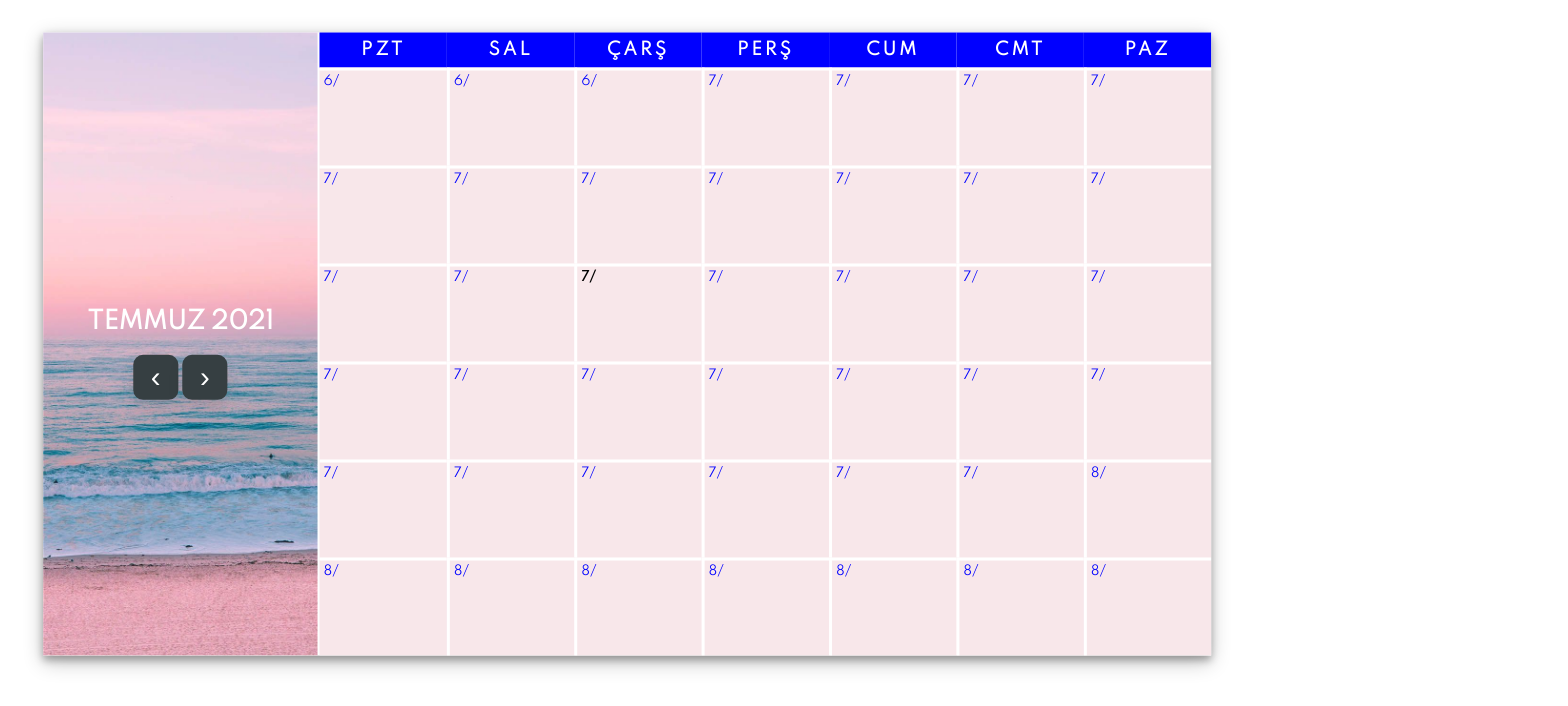
Repository: ahmetbugraozcan/javascript-calendar
Page: tablo.html
These files come from the project's save history. The page is drawn as it stood at one moment and after the next save; the edit follows.
The browser window is 1280 px wide. The page is 1280 px wide, then 1600 px, then 1280 px, so the pictures cover 1600 px, including what lies to the right of the window. The pictures show the whole page, at 98% of full size.

Above is the page before, as saved 2021-07-14 13:30:37.

After the next save:
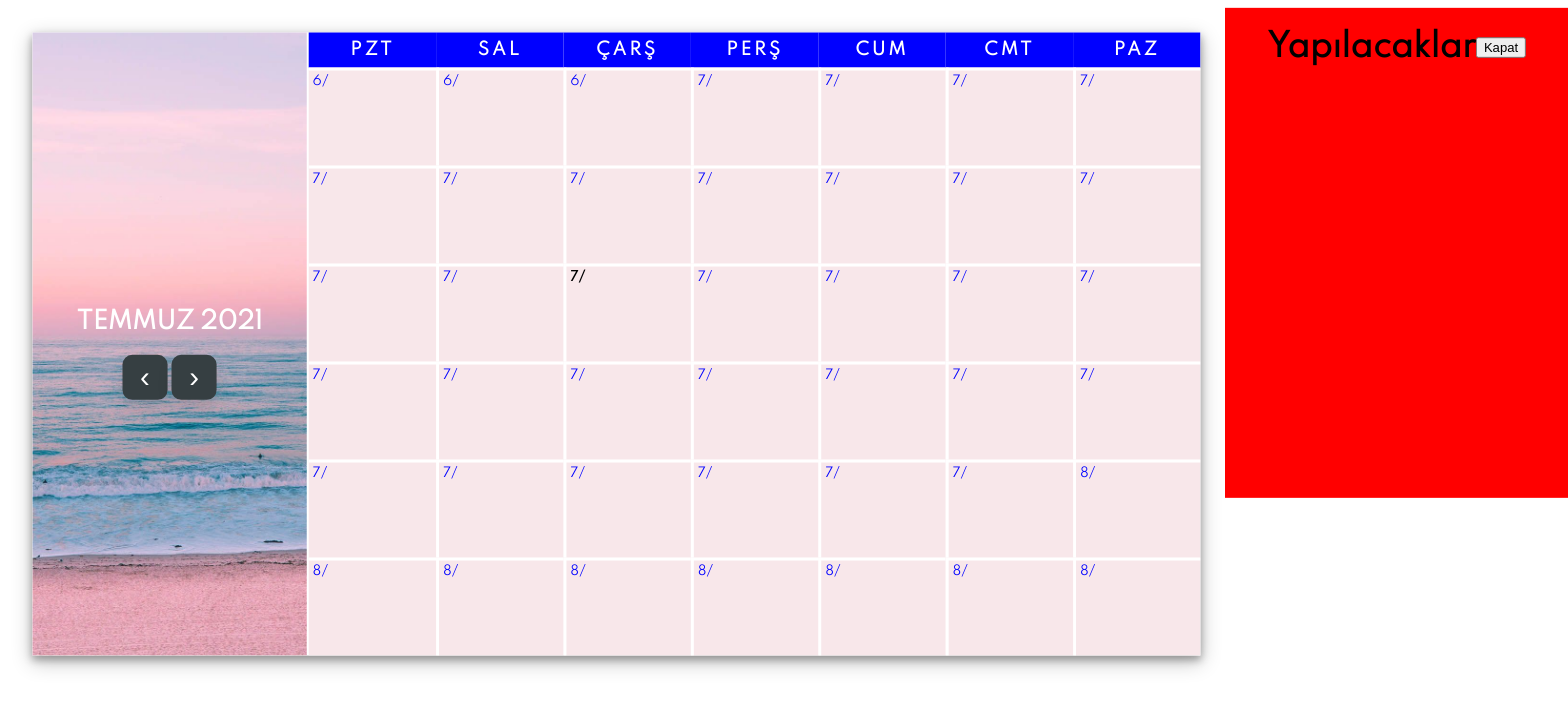
Saved 13 s later.
--- a/tablo.html
+++ b/tablo.html
@@ -241,9 +241,10 @@
 
     .not-defteri {
 
-        display: none;
+
         background-color: red;
         width: 350px;
+        height: 500px;
     }
 </style>
 

After the save that followed:
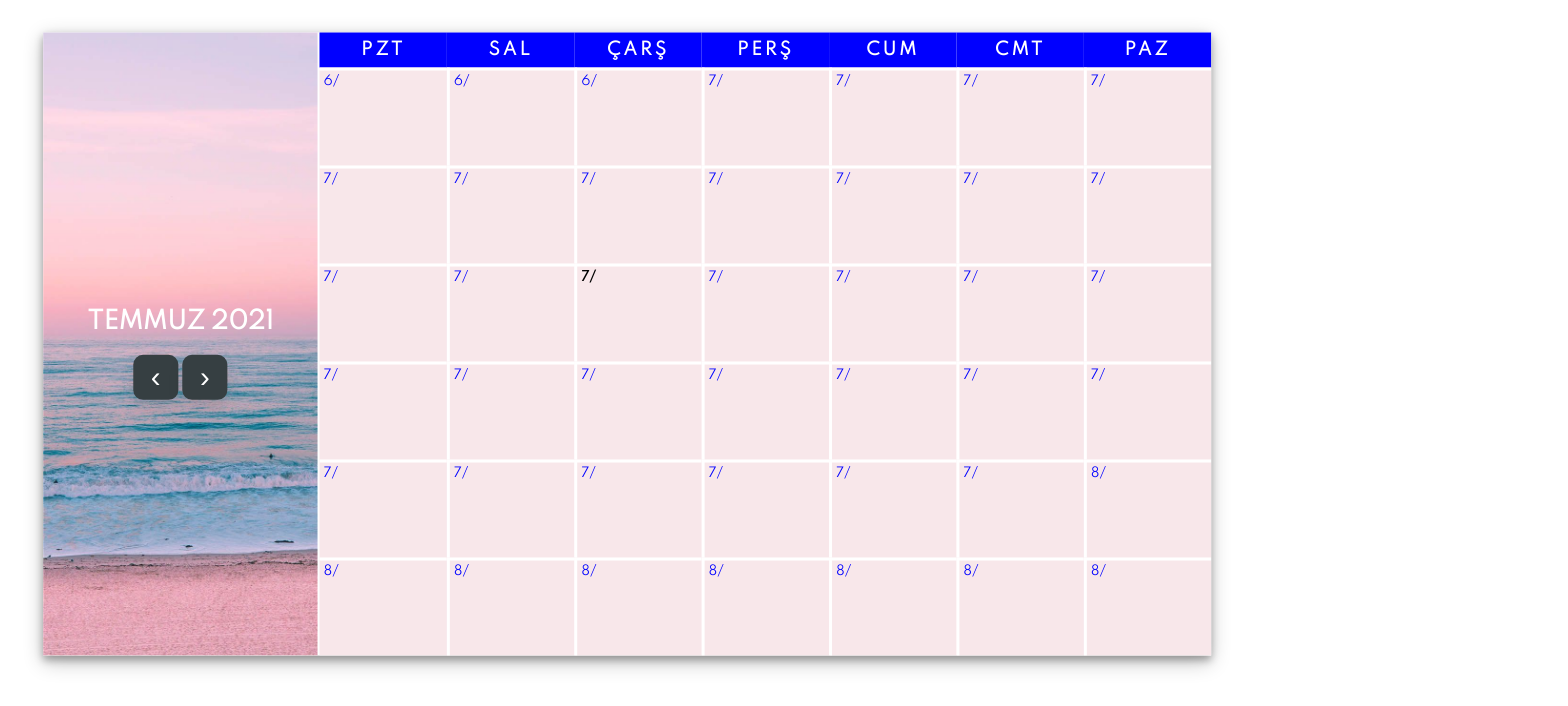
Saved 20 s later.
--- a/tablo.html
+++ b/tablo.html
@@ -251,7 +251,10 @@
 <body>
     <div id="myModal" class="modal">
         <span class="close">&times;</span>
-        <div class="not-defteri"></div>
+        <div class="not-defteri">
+            <div id="not-defteri-1"></div>
+            <div id="not-defteri-2"></div>
+        </div>
 
       </div>
 
@@ -357,15 +360,7 @@
                 <div style="border-bottom: none;" id="pazar5" class="cell-last">1</div>
             </div>
         </div>
-        <div id="not-defteri" class="not-defteri">
-            <div class="not-defteri-header">
-                <h1>Yapılacaklar</h1>
-                <button onclick="disableNotePad()">Kapat</button>
-            </div>
-            <div id="not-defteri-1"></div>
-            <div id="not-defteri-2"></div>
-
-        </div>
+
     </span>
 
 </body>
